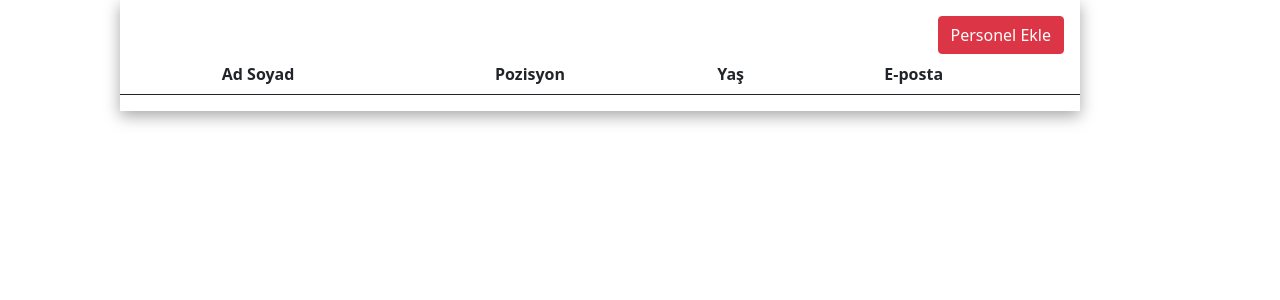
Repository: okankrdg/ReactCoreCRUD
Page: /employee/index (app in ReactCoreCRUD.Web/client/)
The author's editor kept a copy of each file at every save. The page is drawn from the files as they stood at one save, then again after the next save.
The browser window is 1280 px wide. The pictures show the whole page.
The page's requests for data from a server got no answer. The project was rebuilt for these pictures with package versions that can differ from the ones it lists, and the page was loaded fresh each time. No one was signed in, and anything a server would have sent is missing. Also part of the build but not shown: ReactCoreCRUD.Web/client/src/pages/Employee/createOrEdit.tsx, ReactCoreCRUD.Web/client/src/pages/Exception/index.tsx.

Above is the page before, as saved 2021-10-08 19:57:47.

After the next save:
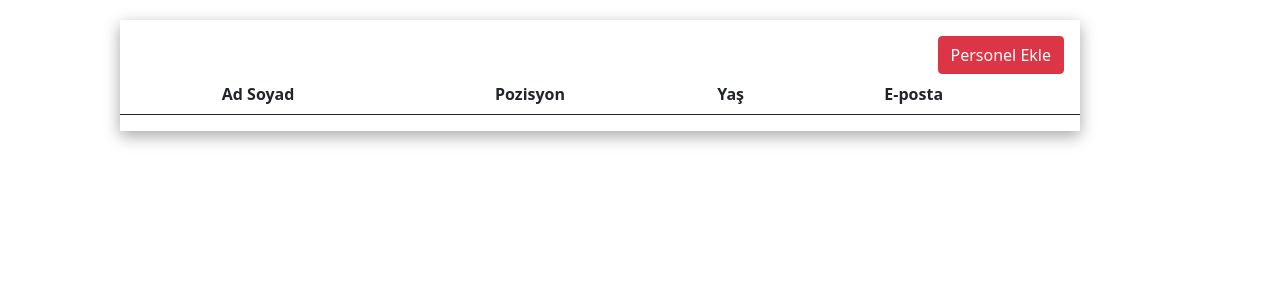
Saved 21 s later.
--- a/ReactCoreCRUD.Web/client/src/index.css
+++ b/ReactCoreCRUD.Web/client/src/index.css
@@ -17,13 +17,14 @@ code {
       border: 2px solid #e5e3e3;
       box-shadow: 3px 3px 3px rgna(1,1,1,1);
       box-shadow: rgb(0 0 0 / 35%) 0px 5px 15px;
-      margin-top: 20px;
+
 }
 .App{
   text-align: center;
     display: flex;
     justify-content: center;
     max-width: 1200px;
+    margin-top: 20px;
 }
 .employee-index{
   width: 80%;
